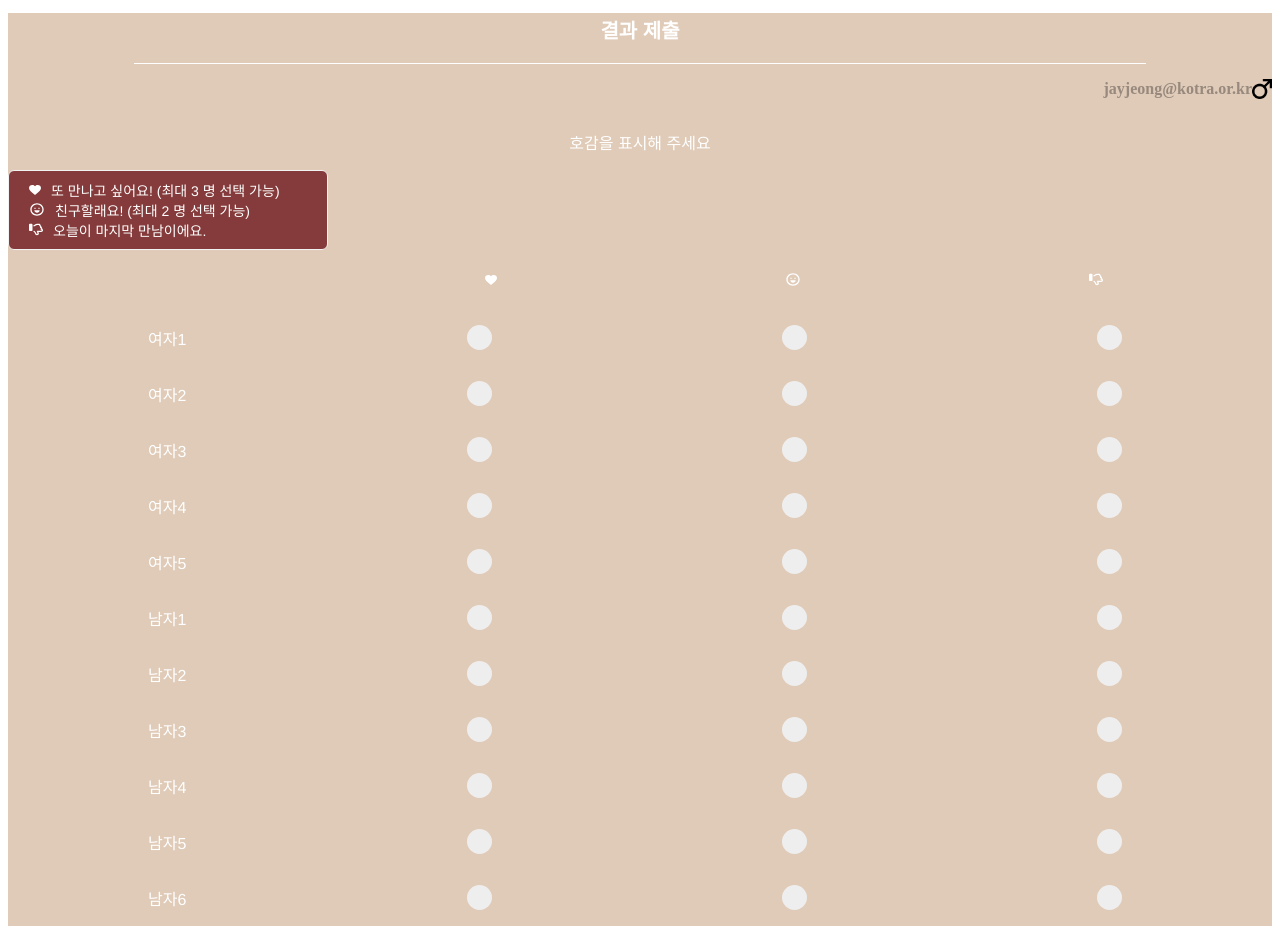
Repository: Jay-Jeong1988/speed_dating_pwa
Page: /submit_result
These files come from the project's save history. The page is drawn as it stood at one moment and after the next save; the edit follows.
The browser window is 1280 px wide. The pictures show the whole page.
The project was rebuilt for these pictures with package versions that can differ from the ones it lists, and the page was loaded fresh each time. Also part of the build but not shown: vue.config.js, src/views/LoginPage.vue, src/views/DashBoard.vue, src/components/no_reservation_card.vue, src/views/BookedEventsPage.vue.

Above is the page before, as saved 2023-02-12 22:49:26.

After the next save:
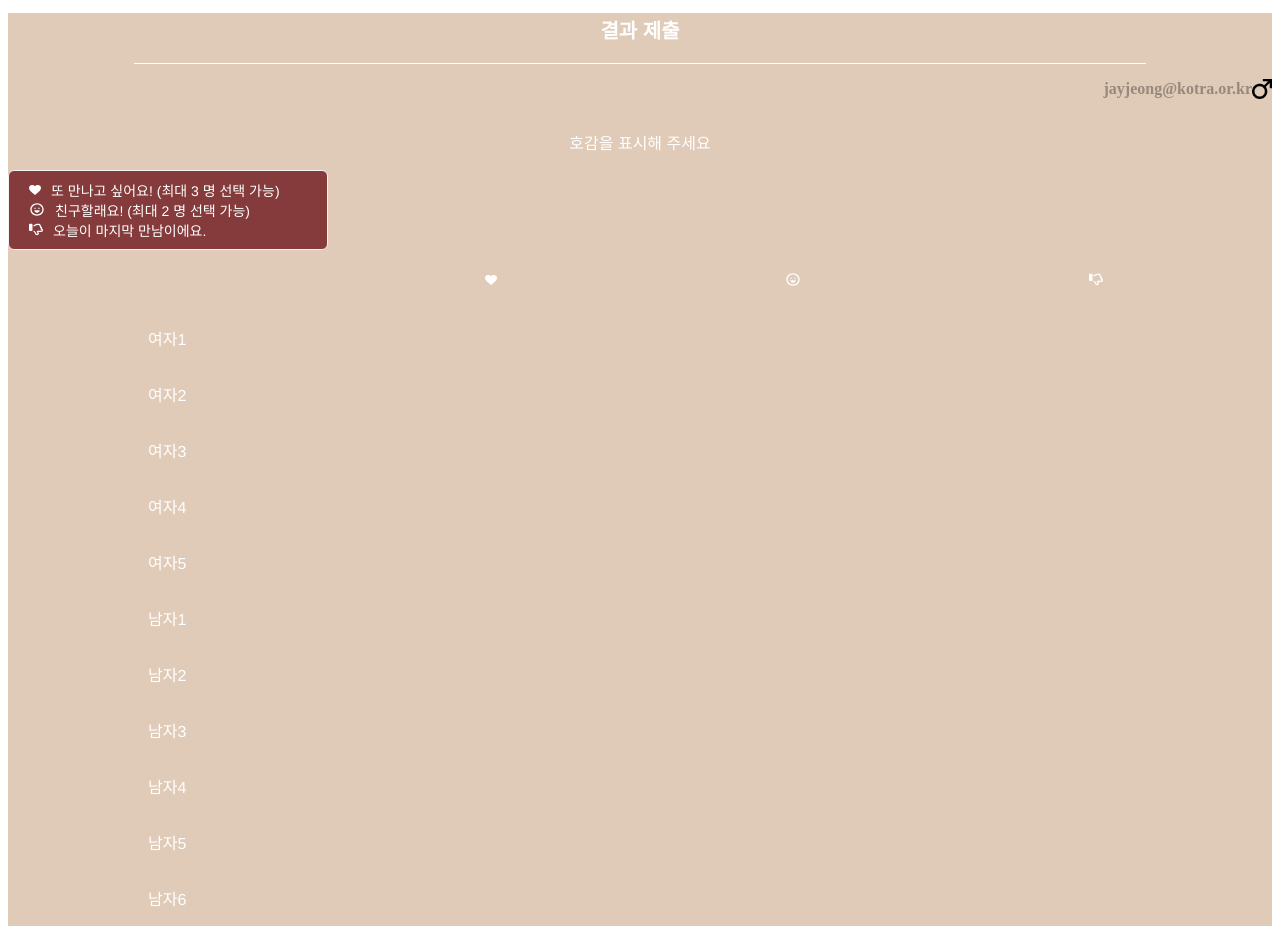
Saved 67 s later.
--- a/src/views/SubmitResultPage.vue
+++ b/src/views/SubmitResultPage.vue
@@ -151,7 +151,7 @@ export default {
   left: 0;
   height: 25px;
   width: 25px;
-  background-color: #eee;
+  background-color: transparent;
   border-radius: 50%;
 }
 
